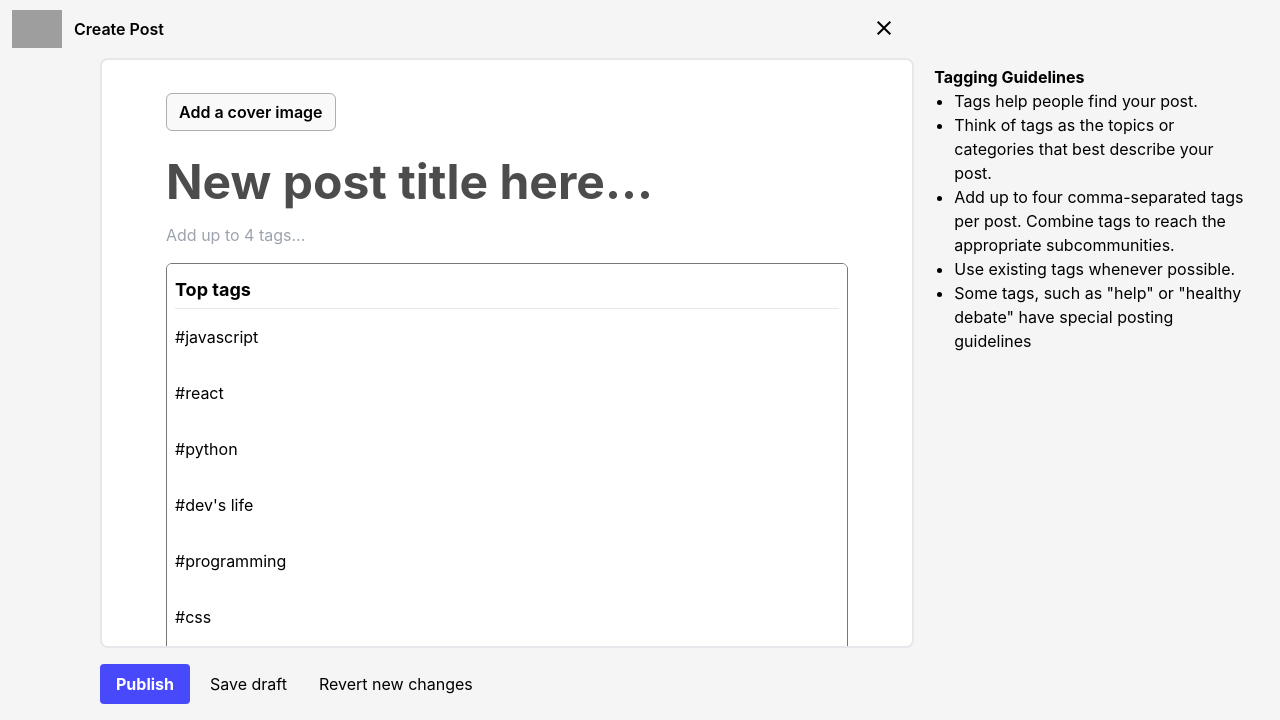
Repository: dat-nguyen-2001/Dev.to
Page: /new (app in client/)
The author's editor kept a copy of each file at every save. The page is drawn from the files as they stood at one save, then again after the next save.
The browser window is 1280 px wide. The pictures show the whole page.
Pictures or frames that could not be fetched are drawn as grey boxes. An inner scrolling area shows only its first screen. The project was rebuilt for these pictures with package versions that can differ from the ones it lists, and the page was loaded fresh each time. Also part of the build but not shown: client/src/components/Footer.tsx, client/src/components/nav/GuestNav.tsx, client/src/components/nav/NavBar.tsx, client/src/components/Layout.tsx, client/src/pages/about.tsx, client/src/components/SignInForm.tsx, client/src/components/SignInPlatform.tsx, client/src/pages/enter.tsx and 1 more.

Above is the page before, as saved 2022-09-25 12:06:31.

After the next save:
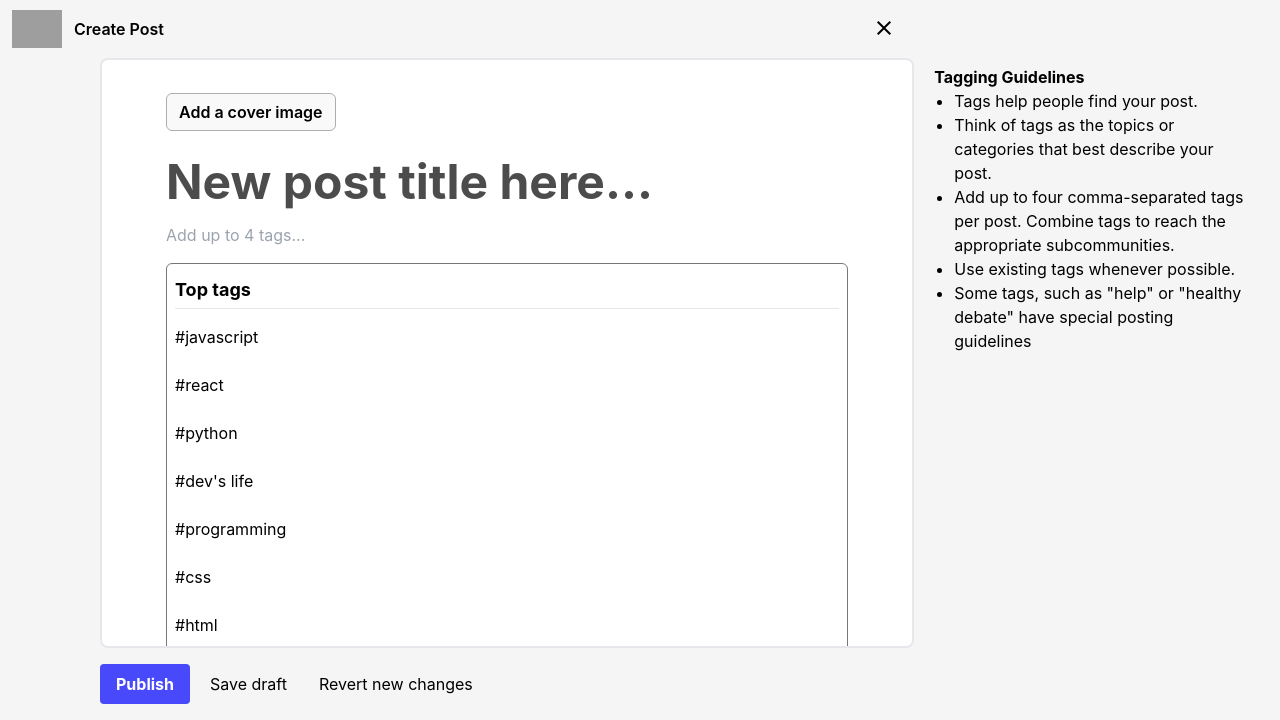
Saved 24 s later.
--- a/client/src/pages/new.tsx
+++ b/client/src/pages/new.tsx
@@ -78,7 +78,7 @@ const New = () => {
                         <div className='z-[100] absolute top-10 flex flex-col space-y-1 px-2 bg-white w-full border-[.1em] border-solid border-[#777] rounded-md max-h-[500px] overflow-y-auto'>
                             <h2 className='text-lg font-bold pt-3'>Top tags</h2>
                             <hr></hr>
-                            <ul className='flex flex-col space-y-2 cursor-pointer '>
+                            <ul className='flex flex-col space-y-0 cursor-pointer '>
                                 {tags.map(tag => (
                                     <li key={tag} className='py-3 hover:text-[#3e45b2] hover:bg-[#f5f5f5]'>#{tag}</li>
                                 ))}
